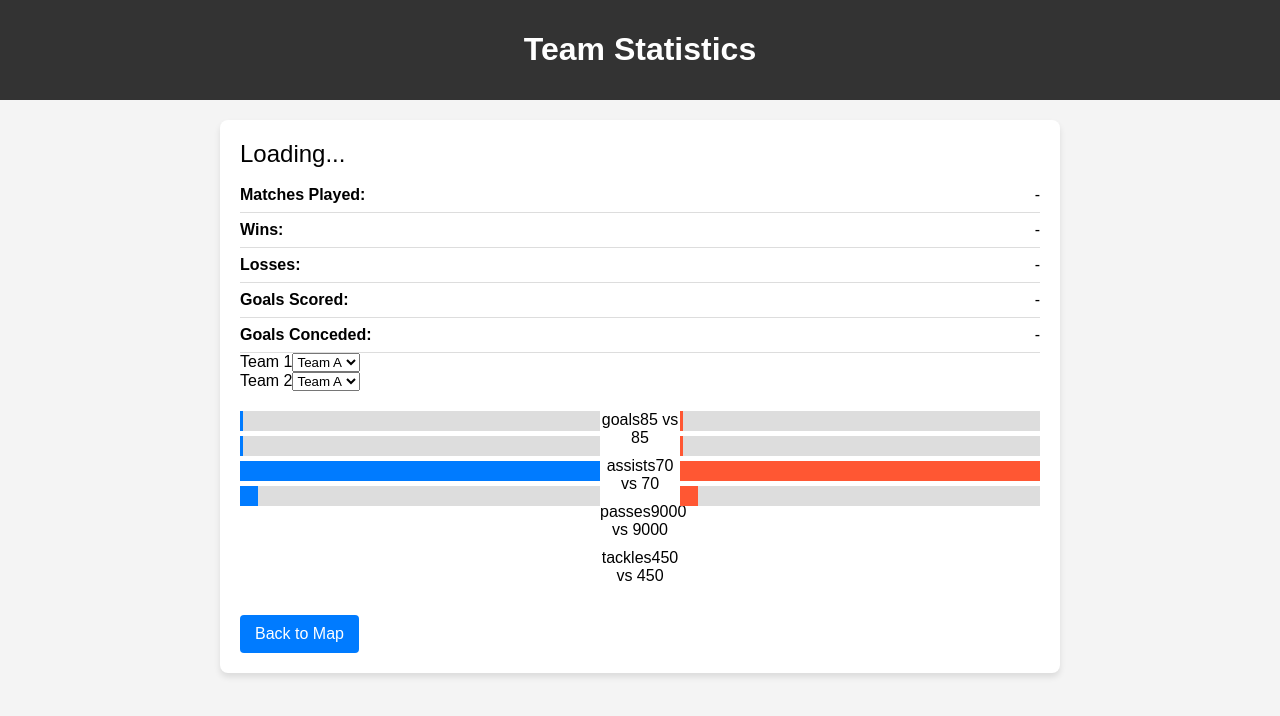
Repository: Enzo-py/dataviz-project-m1
Page: stat_page.html
These files come from the project's save history. The page is drawn as it stood at one moment and after the next save; the edit follows.
The browser window is 1280 px wide. The pictures show the whole page.
Some web fonts or font styles are not loaded; a fallback is used.

Above is the page before, as saved 2024-12-12 14:57:07.

### stat_page.html
<!DOCTYPE html>
<html lang="en">
<head>
    <meta charset="UTF-8">
    <meta name="viewport" content="width=device-width, initial-scale=1.0">
    <title>Team Stats</title>
    <script type="text/javascript" src="js/d3.v7.min.js"></script>
    <script type="text/javascript" src="js/stat_page.js"></script>


    <link rel="stylesheet" href="style_stat_page.css">
    <!-- <link href="https://fonts.googleapis.com/css2?family=Material+Symbols+Outlined:opsz,wght,FILL,GRAD@20..48,100..700,0..1,-50..200&" rel="stylesheet" /> -->
    <link rel="preload" href="https://fonts.googleapis.com/css2?family=Material+Symbols+Outlined:opsz,wght,FILL,GRAD@20..48,100..700,0..1,-50..200&" as="style" onload="this.onload=null;this.rel='stylesheet'">

</head>
<body>
    <header>
        <h1>Team Statistics</h1>
    </header>

    <div class="stats-container">
        <div class="team-name" id="team-name">Loading...</div>

        <div class="stat" id="stat-1">
            <span class="stat-label">Matches Played:</span>
            <span class="stat-value">-</span>
        </div>

        <div class="stat" id="stat-2">
            <span class="stat-label">Wins:</span>
            <span class="stat-value">-</span>
        </div>

        <div class="stat" id="stat-3">
            <span class="stat-label">Losses:</span>
            <span class="stat-value">-</span>
        </div>

        <div class="stat" id="stat-4">
            <span class="stat-label">Goals Scored:</span>
            <span class="stat-value">-</span>
        </div>

        <div class="stat" id="stat-5">
            <span class="stat-label">Goals Conceded:</span>
            <span class="stat-value">-</span>
        </div>

        <div id="compare-container"></div>

        <a href="/" class="back-button">Back to Map</a>
    </div>
    </script>
</body>
</html>

### js/stat_page.js
document.addEventListener("DOMContentLoaded", () => {
    const container = d3.select("#compare-container");

    // Create dropdowns for selecting teams
    const teamSelectDiv = container.append("div").attr("class", "team-select-container");

    ["Team 1", "Team 2"].forEach((label, idx) => {
        const selectGroup = teamSelectDiv.append("div").attr("class", `select-group team${idx + 1}`);
        selectGroup.append("label").text(label);
        selectGroup
            .append("select")
            .attr("class", `team-select team${idx + 1}-select`)
            .on("change", updateComparison);
    });

    // Placeholder data for teams
    const teams = [
        { name: "Team A", stats: { goals: 85, assists: 70, passes: 9000, tackles: 450 } },
        { name: "Team B", stats: { goals: 78, assists: 64, passes: 8700, tackles: 430 } },
        { name: "Team C", stats: { goals: 95, assists: 75, passes: 9200, tackles: 500 } },
    ];

    // Populate team dropdowns
    d3.selectAll(".team-select").selectAll("option")
        .data(teams)
        .enter()
        .append("option")
        .attr("value", d => d.name)
        .text(d => d.name);

    // Create comparison area
    const comparisonDiv = container.append("div").attr("class", "comparison-container");

    comparisonDiv
        .append("div")
        .attr("class", "team-comparison team1-comparison");

    comparisonDiv
        .append("div")
        .attr("class", "comparison-metrics");

    comparisonDiv
        .append("div")
        .attr("class", "team-comparison team2-comparison");

    function updateComparison() {
        const team1Name = d3.select(".team1-select").property("value");
        const team2Name = d3.select(".team2-select").property("value");

        const team1 = teams.find(t => t.name === team1Name);
        const team2 = teams.find(t => t.name === team2Name);

        const metrics = Object.keys(team1.stats);

        const metricScale = d3.scaleLinear()
            .domain([0, d3.max([...Object.values(team1.stats), ...Object.values(team2.stats)])])
            .range([0, 100]);

        // Clear previous comparisons
        d3.selectAll(".team-comparison, .comparison-metrics").html("");

        metrics.forEach(metric => {
            const metricGroup = comparisonDiv.select(".comparison-metrics")
                .append("div")
                .attr("class", "metric-group");

            metricGroup.append("span").attr("class", "metric-name").text(metric);
            metricGroup.append("span").attr("class", "metric-values")
                .text(`${team1.stats[metric]} vs ${team2.stats[metric]}`);

            [team1, team2].forEach((team, idx) => {
                d3.select(`.team${idx + 1}-comparison`)
                    .append("div")
                    .attr("class", "metric-bar")
                    .append("div")
                    .attr("class", `bar team${idx + 1}`)
                    .style("width", `${metricScale(team.stats[metric])}%`);
            });
        });
    }

    // Initialize comparison
    updateComparison();
});

### style_stat_page.css
body {
    font-family: Arial, sans-serif;
    margin: 0;
    padding: 0;
    background-color: #f4f4f4;
}

header {
    background-color: #333;
    color: #fff;
    padding: 10px 20px;
    text-align: center;
}

.stats-container {
    max-width: 800px;
    margin: 20px auto;
    background: #fff;
    padding: 20px;
    border-radius: 8px;
    box-shadow: 0 4px 6px rgba(0, 0, 0, 0.1);
}

.team-name {
    font-size: 1.5em;
    margin-bottom: 10px;
}

.stat {
    display: flex;
    justify-content: space-between;
    padding: 8px 0;
    border-bottom: 1px solid #ddd;
}

.stat:last-child {
    border-bottom: none;
}

.stat-label {
    font-weight: bold;
}

.back-button {
    display: inline-block;
    margin-top: 20px;
    padding: 10px 15px;
    color: #fff;
    background-color: #007BFF;
    text-decoration: none;
    border-radius: 4px;
    text-align: center;
}

.back-button:hover {
    background-color: #0056b3;
}

.comparison-container {
    display: flex;
    justify-content: space-between;
    margin-top: 20px;
}

.team-comparison {
    width: 45%;
}

.comparison-metrics {
    width: 10%;
    text-align: center;
}

.metric-group {
    margin-bottom: 10px;
}

.metric-bar {
    background-color: #ddd;
    height: 20px;
    margin-bottom: 5px;
    position: relative;
}

.bar {
    height: 100%;
}

.bar.team1 {
    background-color: #007BFF;
}

.bar.team2 {
    background-color: #FF5733;
}

Loaded but not shown: js/d3.v7.min.js (library)

After the next save:
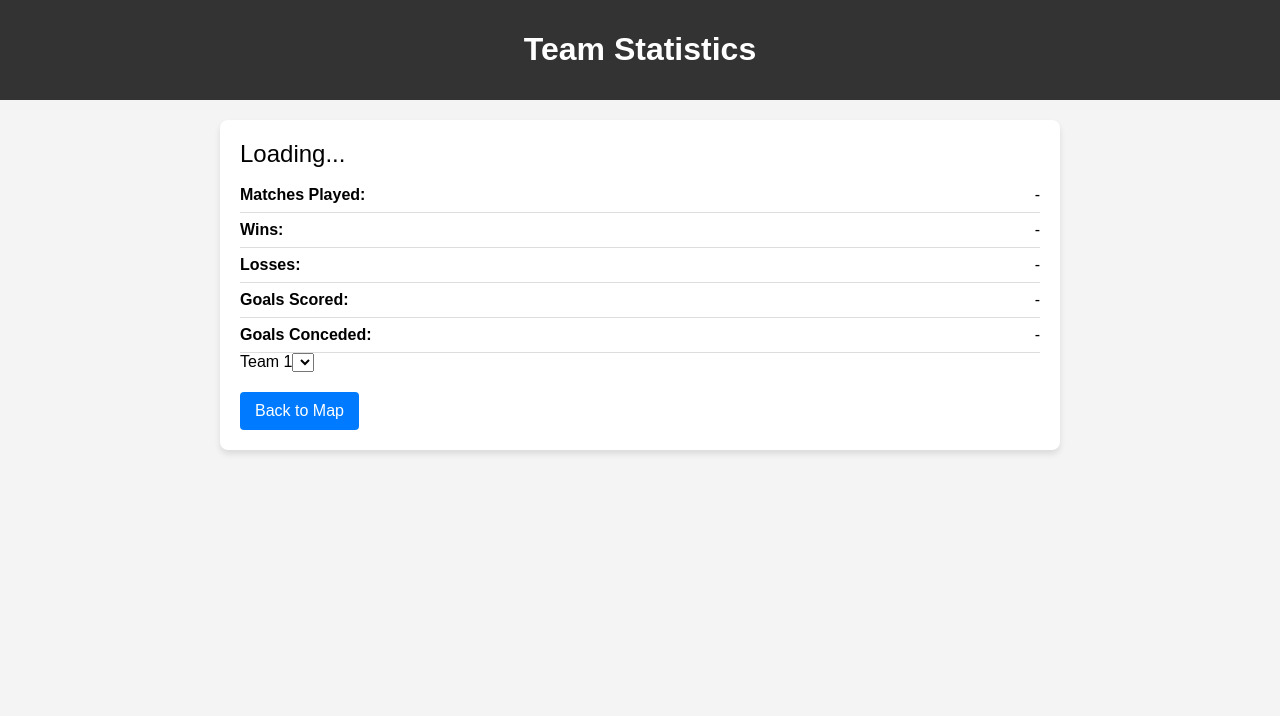
Console error: ReferenceError: updateComparison is not defined
Saved 5 min 19 s later.
--- a/js/stat_page.js
+++ b/js/stat_page.js
@@ -13,72 +13,95 @@ document.addEventListener("DOMContentLoaded", () => {
             .on("change", updateComparison);
     });
 
-    // Placeholder data for teams
-    const teams = [
-        { name: "Team A", stats: { goals: 85, assists: 70, passes: 9000, tackles: 450 } },
-        { name: "Team B", stats: { goals: 78, assists: 64, passes: 8700, tackles: 430 } },
-        { name: "Team C", stats: { goals: 95, assists: 75, passes: 9200, tackles: 500 } },
-    ];
+    // Load data for the three seasons
+    const seasons = ["2021-2022", "2022-2023", "2023-2024"];
+    const league = "italy-serie-a";
+    const dataPromises = seasons.map(season => d3.csv(`/data/All_Data_Cleaned/${league}-teams-${season}-stats.csv`));
 
-    // Populate team dropdowns
-    d3.selectAll(".team-select").selectAll("option")
-        .data(teams)
-        .enter()
-        .append("option")
-        .attr("value", d => d.name)
-        .text(d => d.name);
+    Promise.all(dataPromises).then(dataArrays => {
+        const teams = {};
 
-    // Create comparison area
-    const comparisonDiv = container.append("div").attr("class", "comparison-container");
-
-    comparisonDiv
-        .append("div")
-        .attr("class", "team-comparison team1-comparison");
-
-    comparisonDiv
-        .append("div")
-        .attr("class", "comparison-metrics");
-
-    comparisonDiv
-        .append("div")
-        .attr("class", "team-comparison team2-comparison");
-
-    function updateComparison() {
-        const team1Name = d3.select(".team1-select").property("value");
-        const team2Name = d3.select(".team2-select").property("value");
-
-        const team1 = teams.find(t => t.name === team1Name);
-        const team2 = teams.find(t => t.name === team2Name);
-
-        const metrics = Object.keys(team1.stats);
-
-        const metricScale = d3.scaleLinear()
-            .domain([0, d3.max([...Object.values(team1.stats), ...Object.values(team2.stats)])])
-            .range([0, 100]);
-
-        // Clear previous comparisons
-        d3.selectAll(".team-comparison, .comparison-metrics").html("");
-
-        metrics.forEach(metric => {
-            const metricGroup = comparisonDiv.select(".comparison-metrics")
-                .append("div")
-                .attr("class", "metric-group");
-
-            metricGroup.append("span").attr("class", "metric-name").text(metric);
-            metricGroup.append("span").attr("class", "metric-values")
-                .text(`${team1.stats[metric]} vs ${team2.stats[metric]}`);
-
-            [team1, team2].forEach((team, idx) => {
-                d3.select(`.team${idx + 1}-comparison`)
-                    .append("div")
-                    .attr("class", "metric-bar")
-                    .append("div")
-                    .attr("class", `bar team${idx + 1}`)
-                    .style("width", `${metricScale(team.stats[metric])}%`);
+        // Process data for each season
+        dataArrays.forEach((data, seasonIdx) => {
+            data.forEach(row => {
+                const teamName = row.team_name;
+                if (!teams[teamName]) {
+                    teams[teamName] = { name: teamName, stats: {} };
+                }
+                seasons.forEach((season, idx) => {
+                    if (!teams[teamName].stats[season]) {
+                        teams[teamName].stats[season] = { goals: 0, assists: 0, passes: 0, tackles: 0 };
+                    }
+                });
+                teams[teamName].stats[seasons[seasonIdx]].goals += +row.goals_scored;
+                teams[teamName].stats[seasons[seasonIdx]].assists += +row.assists;
+                teams[teamName].stats[seasons[seasonIdx]].passes += +row.passes;
+                teams[teamName].stats[seasons[seasonIdx]].tackles += +row.tackles;
             });
         });
-    }
 
-    // Initialize comparison
-    updateComparison();
+        const teamList = Object.values(teams);
+
+        // Populate team dropdowns
+        d3.selectAll(".team-select").selectAll("option")
+            .data(teamList)
+            .enter()
+            .append("option")
+            .attr("value", d => d.name)
+            .text(d => d.name);
+
+        // Create comparison area
+        const comparisonDiv = container.append("div").attr("class", "comparison-container");
+
+        comparisonDiv
+            .append("div")
+            .attr("class", "team-comparison team1-comparison");
+
+        comparisonDiv
+            .append("div")
+            .attr("class", "comparison-metrics");
+
+        comparisonDiv
+            .append("div")
+            .attr("class", "team-comparison team2-comparison");
+
+        function updateComparison() {
+            const team1Name = d3.select(".team1-select").property("value");
+            const team2Name = d3.select(".team2-select").property("value");
+
+            const team1 = teams[team1Name];
+            const team2 = teams[team2Name];
+
+            const metrics = ["goals", "assists", "passes", "tackles"];
+
+            const metricScale = d3.scaleLinear()
+                .domain([0, d3.max([...metrics.flatMap(metric => Object.values(team1.stats).map(s => s[metric])), ...metrics.flatMap(metric => Object.values(team2.stats).map(s => s[metric]))])])
+                .range([0, 100]);
+
+            // Clear previous comparisons
+            d3.selectAll(".team-comparison, .comparison-metrics").html("");
+
+            metrics.forEach(metric => {
+                const metricGroup = comparisonDiv.select(".comparison-metrics")
+                    .append("div")
+                    .attr("class", "metric-group");
+
+                metricGroup.append("span").attr("class", "metric-name").text(metric);
+                metricGroup.append("span").attr("class", "metric-values")
+                    .text(`${team1.stats[seasons[0]][metric]} vs ${team2.stats[seasons[0]][metric]} (${seasons[0]})`);
+
+                [team1, team2].forEach((team, idx) => {
+                    d3.select(`.team${idx + 1}-comparison`)
+                        .append("div")
+                        .attr("class", "metric-bar")
+                        .append("div")
+                        .attr("class", `bar team${idx + 1}`)
+                        .style("width", `${metricScale(team.stats[seasons[0]][metric])}%`);
+                });
+            });
+        }
+
+        // Initialize comparison
+        updateComparison();
+    });
 });
